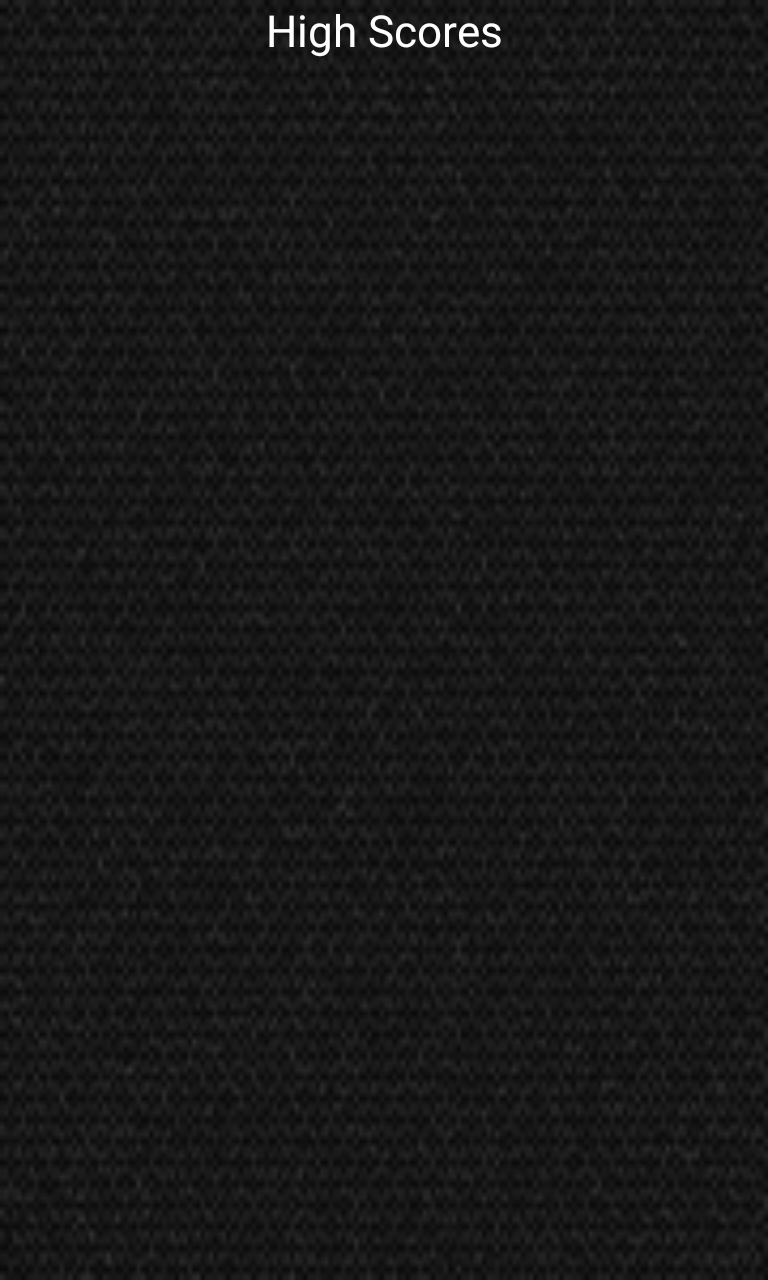
Repository: Tacohen/Killbots
Layout: Killbots/res/layout/high_scores.xml
An editor plug-in stored every save of this project. The layout is shown before and after the next save, followed by the edit.
It is drawn on a 768 x 1280 px phone screen (xhdpi) without system bars, with theme AppTheme; the app's code is not run.

Above is the layout before, as saved 2013-12-08 01:36:53.

After the next save:
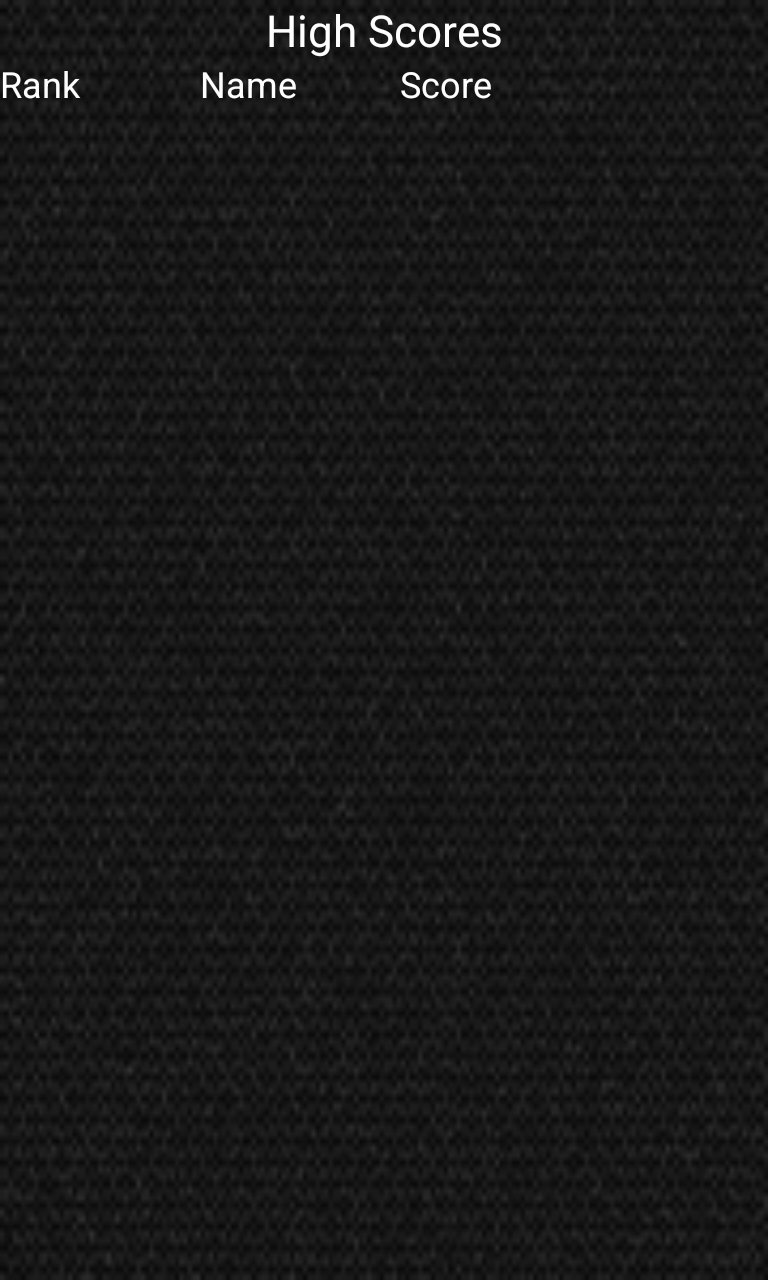
Saved 72 s later.
--- a/Killbots/res/layout/high_scores.xml
+++ b/Killbots/res/layout/high_scores.xml
@@ -19,16 +19,26 @@
         android:layout_height="wrap_content" >
 
         <TextView
+            android:id="@+id/rankText"
+            android:layout_width="100dp"
+            android:layout_height="wrap_content"
+            android:text="Rank"
+            android:textAppearance="?android:attr/textAppearanceMedium"
+            android:textColor="#FFFFFF" />
+
+        <TextView
             android:id="@+id/nameText"
+            android:layout_width="100dp"
             android:layout_height="wrap_content"
-            android:text="Name	"
+            android:text="Name"
             android:textAppearance="?android:attr/textAppearanceMedium"
             android:textColor="#FFFFFF" />
 
         <TextView
             android:id="@+id/scoreText"
+            android:layout_width="100dp"
             android:layout_height="wrap_content"
-            android:text="Score	"
+            android:text="Score"
             android:textAppearance="?android:attr/textAppearanceMedium"
             android:textColor="#FFFFFF" />
 
